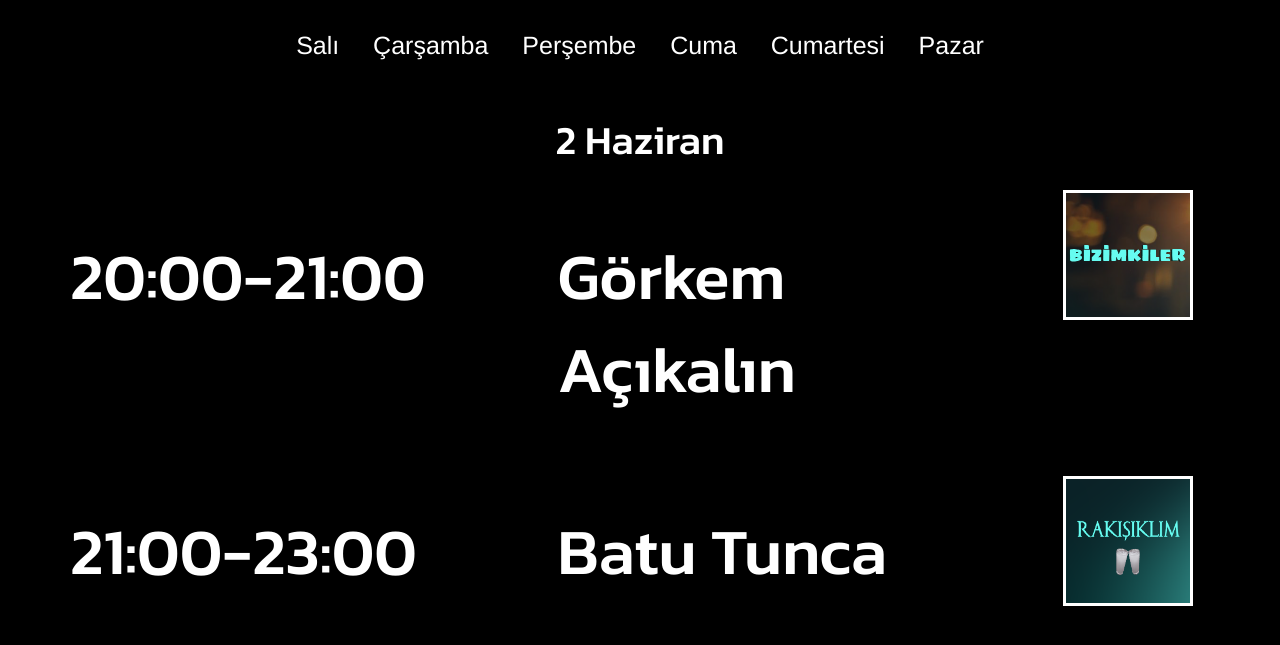
Repository: kaanistemi/program
Page: index.html
The author's editor kept a record of every edit. The page is drawn from the files as they stood at one moment, then again after the next edit.
The browser window is 1280 px wide. The pictures show the whole page.

Above is the page before.

After the next edit:
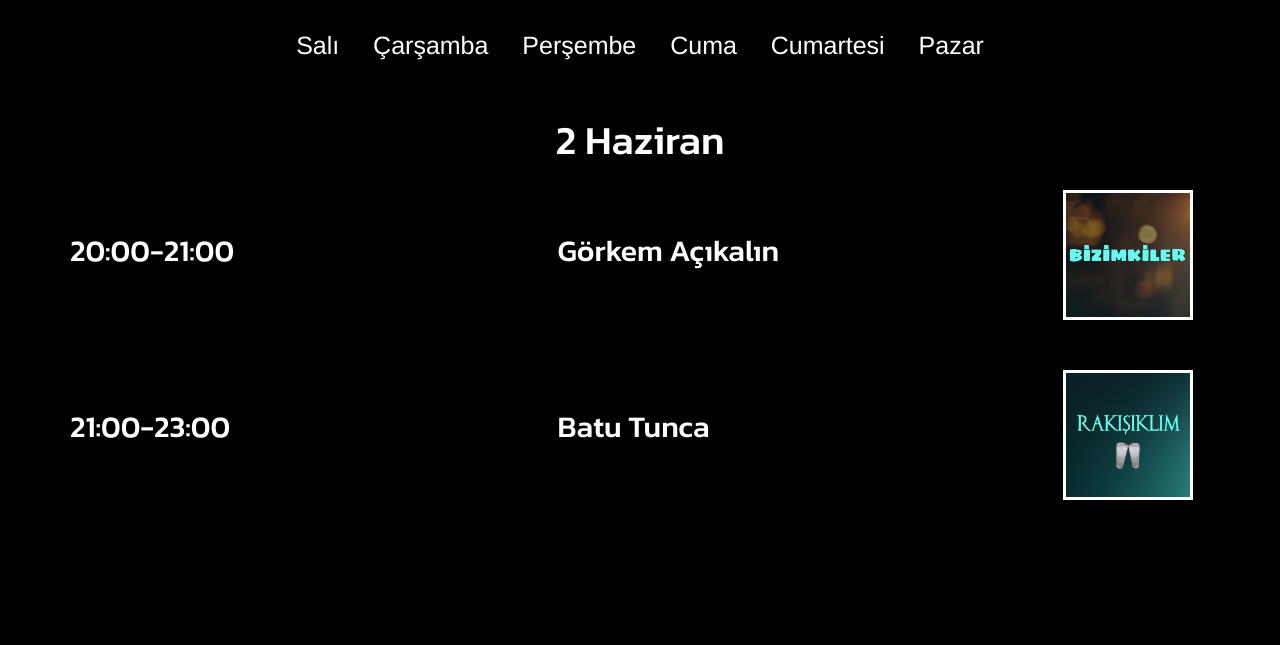
The edit:
--- a/assets/css/style.css
+++ b/assets/css/style.css
@@ -77,7 +77,7 @@
 @media screen and (min-width: 630px) {
   .col-md-5
   {
-    font-size: 65px;
+   ;
   }
 }
 
